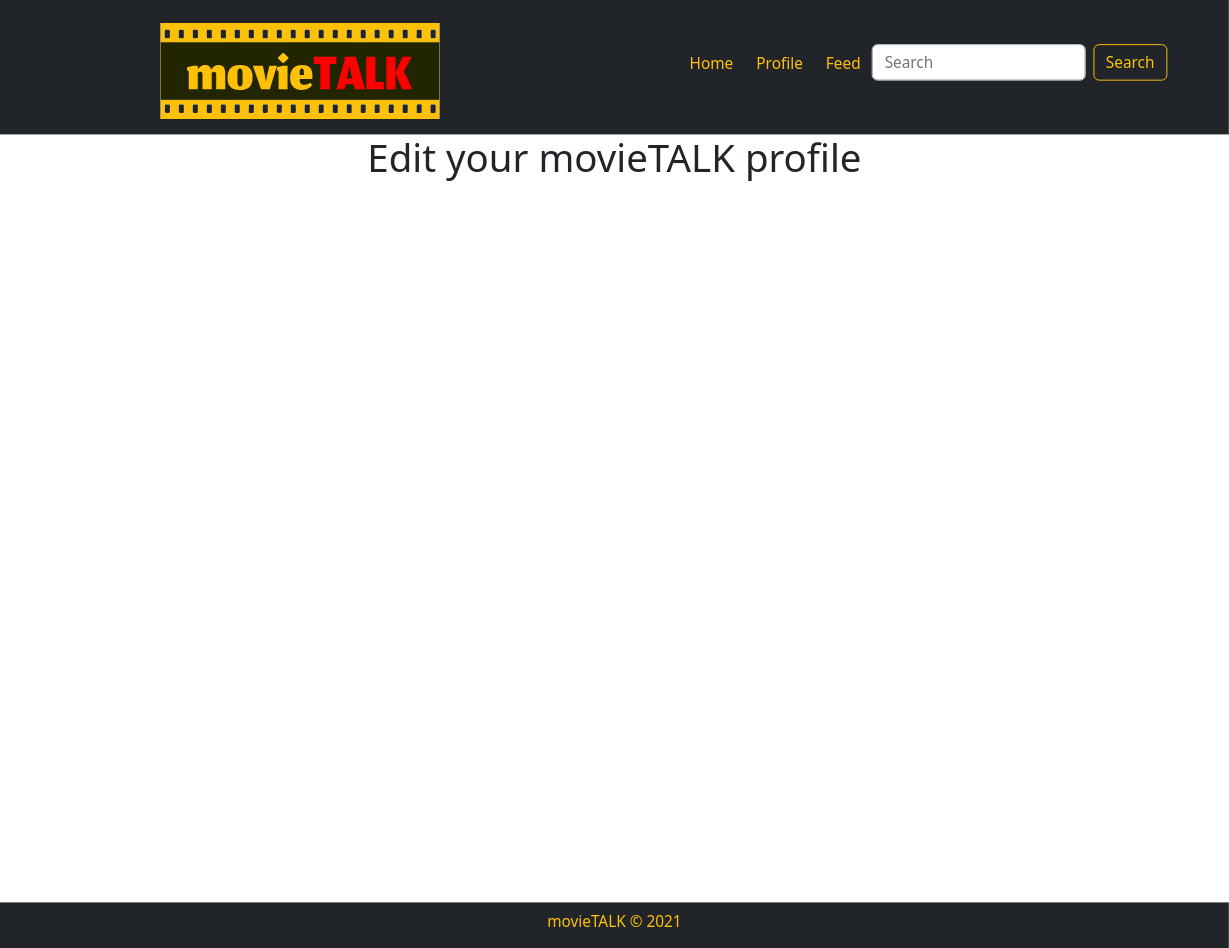
Repository: runeunhjem/css-frameworks-ca
Page: profile/index.html
An editor plug-in stored every save of this project. The page is shown before and after the next save, followed by the edit.
The browser window is 1280 px wide. The pictures show the whole page, at 96% of full size.
The style sheet was rebuilt from its Sass, Less or Tailwind sources for each picture, by a compiler version that may differ from the author's.

Above is the page before, as saved 2023-08-28 16:06:19.

After the next save:
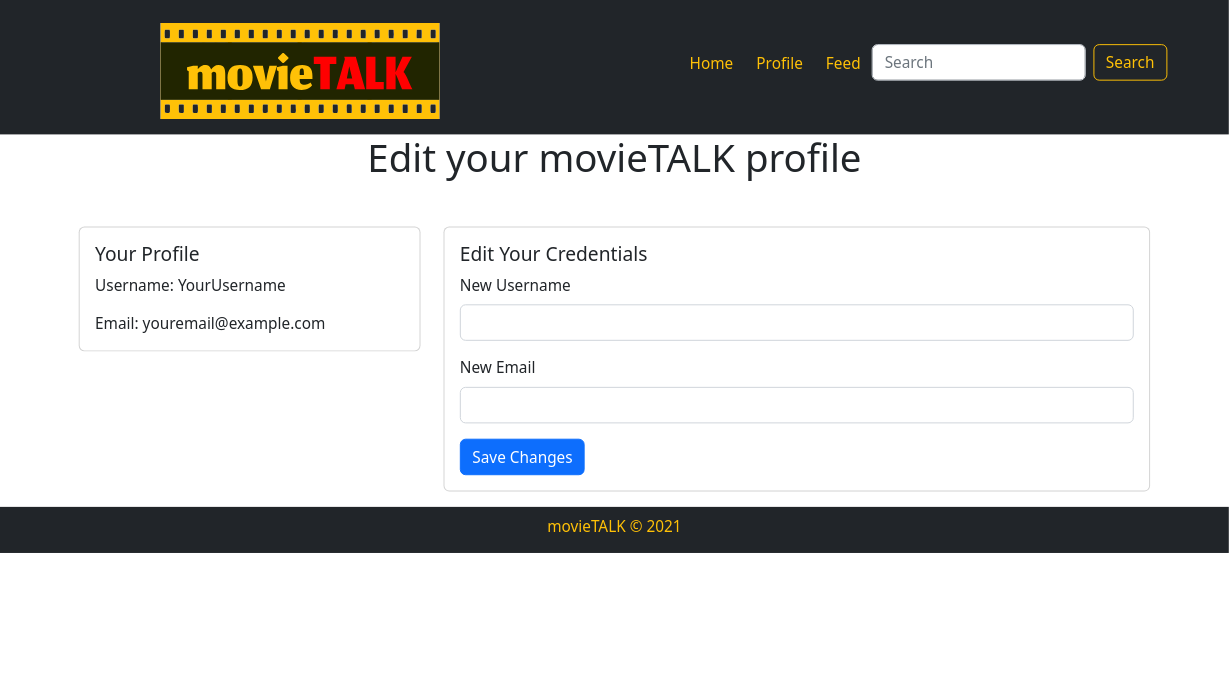
Saved 34 s later.
--- a/profile/index.html
+++ b/profile/index.html
@@ -44,15 +44,42 @@
   </nav>
 </header>
 <h1 class="text-center">Edit your movieTALK profile</span></h1>
-<main class="vh-100 mt-3 max-width-800 mx-auto">
-  <div class="container">
-    <div class="row d-flex justify-content-center">
-      <div class="col">
+<main class="container mt-5">
+        <div class="row">
+            <div class="col-md-4">
+                <!-- User Profile Information -->
+                <div class="card">
+                    <div class="card-body">
+                        <h5 class="card-title">Your Profile</h5>
+                        <p class="card-text">Username: <span id="username">YourUsername</span></p>
+                        <p class="card-text">Email: <span id="email">youremail@example.com</span></p>
+                        <!-- Add more user details here -->
+                    </div>
+                </div>
+            </div>
 
-      </div>
-    </div>
-  </div>
-</main>
+            <div class="col-md-8">
+                <!-- Edit User Credentials Form -->
+                <div class="card">
+                    <div class="card-body">
+                        <h5 class="card-title">Edit Your Credentials</h5>
+                        <form id="edit-profile-form">
+                            <div class="mb-3">
+                                <label for="new-username" class="form-label">New Username</label>
+                                <input type="text" class="form-control" id="new-username" name="new-username" required>
+                            </div>
+                            <div class="mb-3">
+                                <label for="new-email" class="form-label">New Email</label>
+                                <input type="email" class="form-control" id="new-email" name="new-email" required>
+                            </div>
+                            <!-- Add more fields as needed -->
+                            <button type="submit" class="btn btn-primary">Save Changes</button>
+                        </form>
+                    </div>
+                </div>
+            </div>
+        </div>
+    </main>
 <footer mt-3>
   <div class="container-fluid bg-dark mt-3">
     <div class="row">
